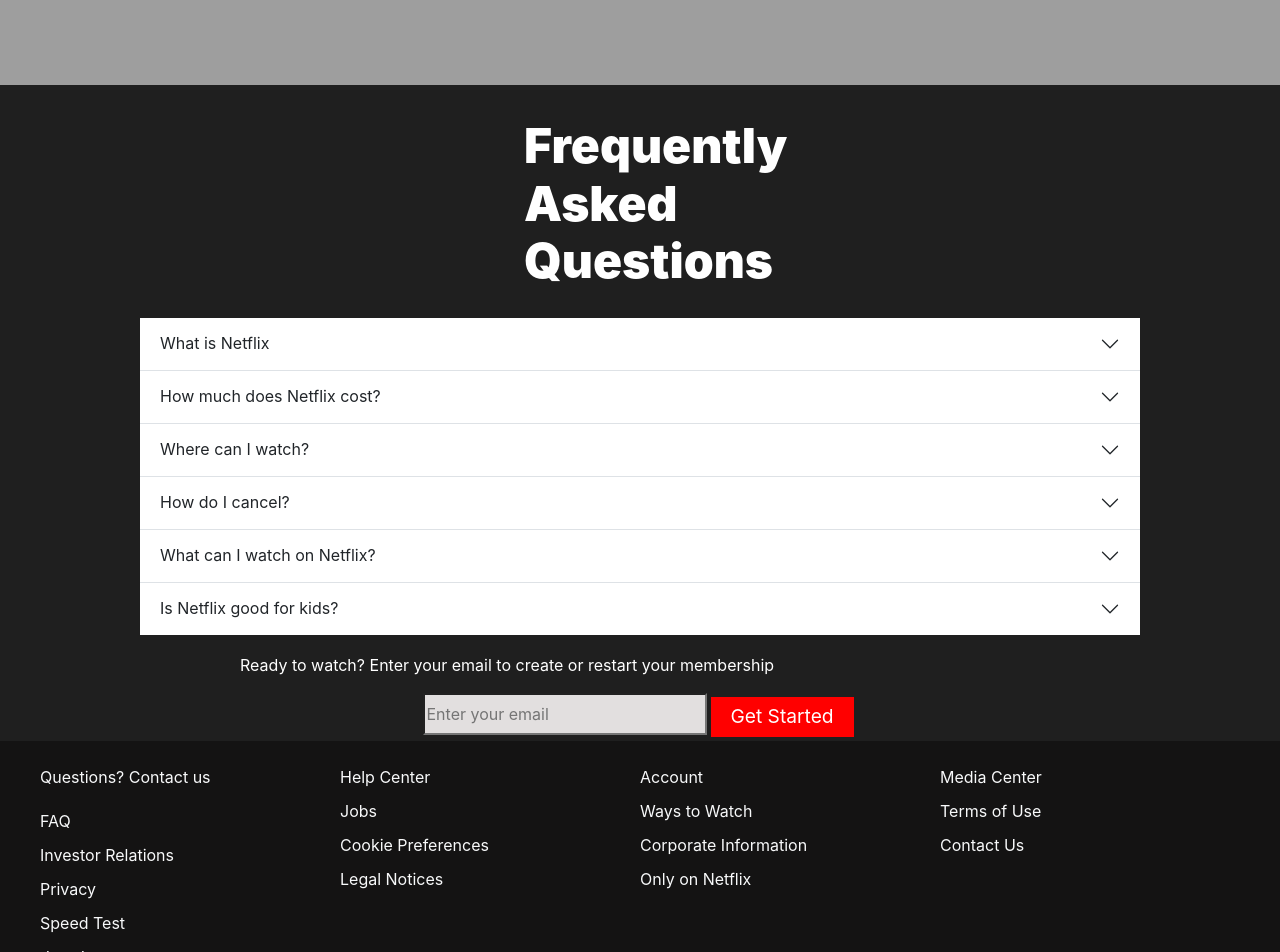
Repository: WajihaGul/Netflix-Clone
Page: /
An editor plug-in stored every save of this project. The page is shown before and after the next save, followed by the edit.
The browser window is 1280 px wide. The pictures show the part of the page from y = 536 to 1488 px (the page is 1589 px tall).
Pictures or frames that could not be fetched are drawn as grey boxes. The project was rebuilt for these pictures with package versions that can differ from the ones it lists, and the page was loaded fresh each time. Also part of the build but not shown: src/App.css.

Above is the page before, as saved 2024-05-24 16:42:38.

After the next save:
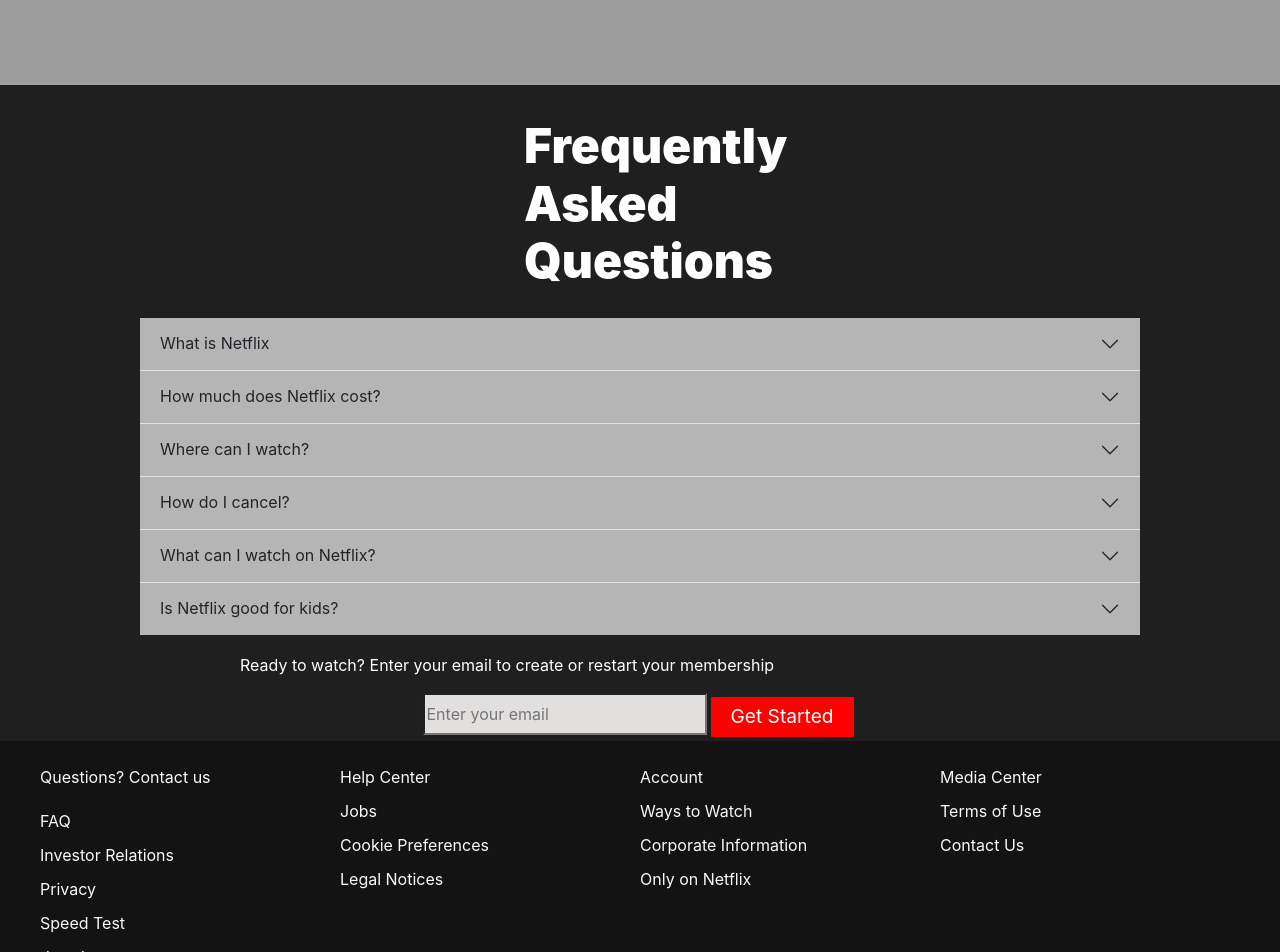
Saved 27 s later.
--- a/src/Components/FAQs/FAQs.jsx
+++ b/src/Components/FAQs/FAQs.jsx
@@ -18,7 +18,7 @@
                 data-bs-target="#flush-collapseOne"
                 aria-expanded="false"
                 aria-controls="flush-collapseOne"
-                style={{ backgroundColor: "rgb(181 181 181);" }}
+                style={{ backgroundColor: "rgb(181 181 181)" }}
               >
                 What is Netflix
               </button>
@@ -47,7 +47,7 @@
                 data-bs-target="#flush-collapseTwo"
                 aria-expanded="false"
                 aria-controls="flush-collapseTwo"
-                style={{ backgroundColor: "rgb(181 181 181);" }}
+                style={{ backgroundColor: "rgb(181 181 181)" }}
               >
                 How much does Netflix cost?
               </button>
@@ -73,7 +73,7 @@
                 data-bs-target="#flush-collapseThree"
                 aria-expanded="false"
                 aria-controls="flush-collapseThree"
-                style={{ backgroundColor: "rgb(181 181 181);" }}
+                style={{ backgroundColor: "rgb(181 181 181)" }}
               >
                 Where can I watch?
               </button>
@@ -104,7 +104,7 @@
                 data-bs-target="#flush-collapseOne"
                 aria-expanded="false"
                 aria-controls="flush-collapseOne"
-                style={{ backgroundColor: "rgb(181 181 181);" }}
+                style={{ backgroundColor: "rgb(181 181 181)" }}
               >
                 How do I cancel?
               </button>
@@ -131,7 +131,7 @@
                 data-bs-target="#flush-collapseTwo"
                 aria-expanded="false"
                 aria-controls="flush-collapseTwo"
-                style={{ backgroundColor: "rgb(181 181 181);" }}
+                style={{ backgroundColor: "rgb(181 181 181)" }}
               >
                 What can I watch on Netflix?
               </button>
@@ -157,7 +157,7 @@
                 data-bs-target="#flush-collapseThree"
                 aria-expanded="false"
                 aria-controls="flush-collapseThree"
-                style={{ backgroundColor: "rgb(181 181 181);" }}
+                style={{ backgroundColor: "rgb(181 181 181)" }}
               >
                 Is Netflix good for kids?
               </button>
